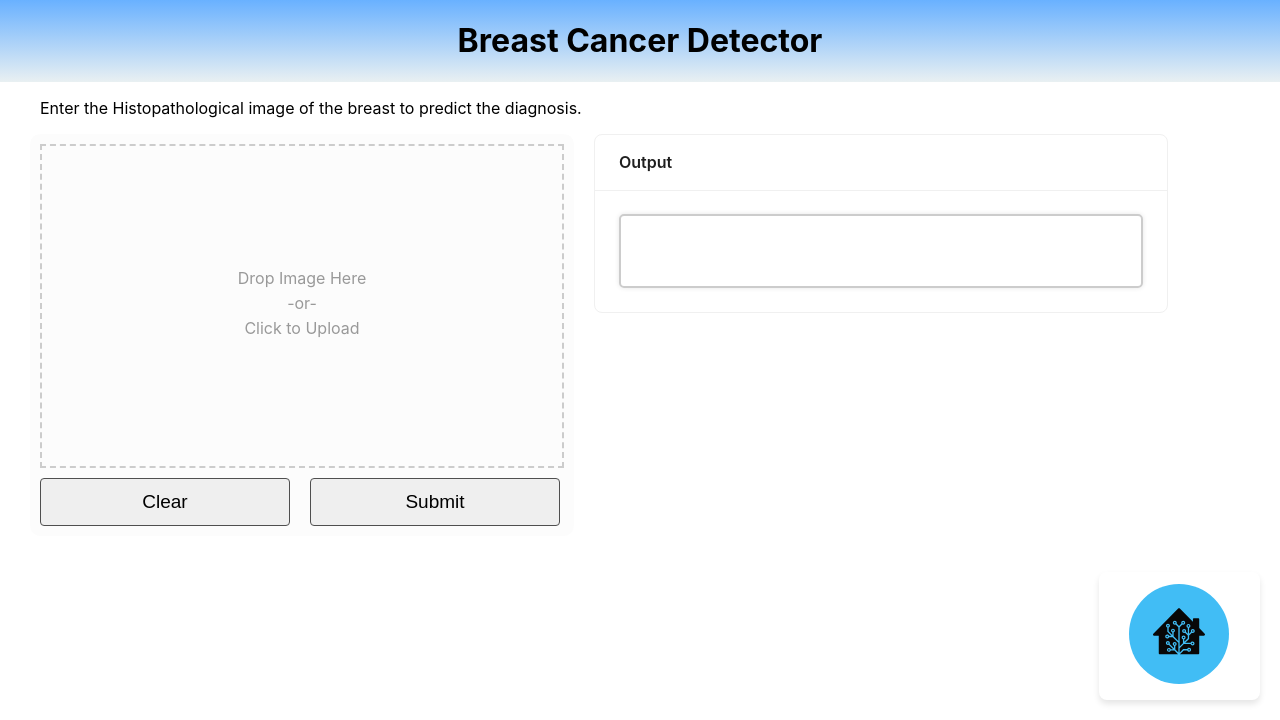
Repository: xshamrose/RAYi-AI
Page: /BreastCancerDetector-app (app in client/)
These files come from the project's save history. The page is drawn as it stood at one moment and after the next save; the edit follows.
The browser window is 1280 px wide. The pictures show the whole page.
The project was rebuilt for these pictures with package versions that can differ from the ones it lists, and the page was loaded fresh each time. Also part of the build but not shown: client/src/App.css, client/src/pages/Home.js, client/src/pages/home.css.

Above is the page before, as saved 2024-03-09 13:26:20.

### client/src/App.js
import "./App.css";
import React from "react";
import Candetect from "./pages/Candetect";
import Home from "./pages/Home";
import "./pages/home.css";
import { BrowserRouter as Router, Routes, Route } from "react-router-dom";

function App() {
  return (
    <div className="App">
      <Router>
        <Routes>
          <Route exact path="/" element={<Home />} />
          <Route path="/BreastCancerDetector-app" element={<Candetect />} />

          {/*  Future Use for Pipe Counting Detection
          <Route
            path="/Pipe"
            element={<Candetect title={headerTitle} content={content} />}
          /> */}
        </Routes>
      </Router>
    </div>
  );
}

export default App;

### client/src/pages/Candetect.js
import React, { useState } from "react";
import "../pages/Candetect.css";
import { Card } from "antd";
import deleteicon from "../assets/delete-.svg";
import ai from "../assets/ai_img.svg"
import axios from "axios";

function Candetect() {
  const [imageFile, setImageFile] = useState(null);
  const [errorMessage, setErrorMessage] = useState("");
  const [loading, setLoading] = useState(false);
  const [responseData, setResponseData] = useState("");

  const handleFileInputChange = (event) => {
    const file = event.target.files[0];
    if (file) {
      setImageFile(file);
    }
  };

  const handleClearImage = () => {
    setImageFile(null);
    //reset the file input
    const fileInput = document.getElementById("file-input");
    if (fileInput) {
      fileInput.value = "";
    }
    setErrorMessage("");
  };

  const handleDeleteImage = () => {
    setImageFile(null);
    //reset the file input
    const fileInput = document.getElementById("file-input");
    if (fileInput) {
      fileInput.value = "";
    }
  };

  const handleSubmit = () => {
    if (!imageFile) {
      setErrorMessage("Please upload an Image");
      console.log("Please upload an Image");
    } else {
      const formData = new FormData();
      formData.append("image", imageFile);
      setLoading(true);
      axios
        .post("http://ct.rayi.in:5002/predicttest", formData, {
          headers: {
            "Content-Type": "multipart/form-data",
          },
        })
        .then((response) => {
          setLoading(false);
          setResponseData(response.data);
          console.log(response.data);
        })
        .catch((error) => {
          if (error.response) {
            console.error("Error Response Data:", error.response.data);
            console.error("Error Response Status:", error.response.status);
          } else if (error.request) {
            console.error("No response received:", error.request);
          } else {
            console.error("Error:", error.message);
          }
          setErrorMessage("Failed to submit. Please try again.");
        });
    }
  };

  return (
    <div>
      <div
        style={{
          display: "flex",
          justifyContent: "center",
          alignContent: "center",
          flexWrap: "nowrap",
          alignItems: "center",
          backgroundImage: "linear-gradient(#69b1ff, #e9f0f2)",
          width: "100%",
        }}
      >
        <h1>Breast Cancer Detector</h1>
      </div>

      <p style={{ marginLeft: "40px" }}>
        Enter the Histopathological image of the breast to predict the
        diagnosis.
      </p>

      <div className="overallContainer">
        <div className="dragandbutton">
          <div className="image-upload-box">
            <input
              type="file"
              accept="image/*"
              id="file-input"
              className="file-input"
              onChange={handleFileInputChange}
            />
            {imageFile ? null : (
              <div>
                <label htmlFor="file-input" className="upload-label">
                  <span>Drop Image Here</span> <span>-or-</span>{" "}
                  <span>Click to Upload</span>{" "}
                </label>{" "}
                {errorMessage && (
                  <div className="error-message">{errorMessage}</div>
                )}{" "}
              </div>
            )}

            {imageFile && (
              <div className="image-preview">
                <img
                  src={URL.createObjectURL(imageFile)}
                  alt="Uploaded"
                  className="full-size-image"
                ></img>

                <div className="image-actions">
                  <img
                    src={deleteicon}
                    alt="Delete"
                    className="icon"
                    onClick={handleDeleteImage}
                  />
                </div>
              </div>
            )}
          </div>

          <div className="button-container">
            <button className="sbutton" onClick={handleClearImage}>
              Clear
            </button>
            <button className="sbutton" onClick={handleSubmit}>
              Submit
            </button>
          </div>
        </div>
        <div>
          <Card title="Output" hoverable>
            <div className="text-area">
              {loading ? (
                <div className="loader-all">
                  <div className="loader"></div>
                  <p>loading...</p>
                </div>
              ) : (
                responseData
              )}
            </div>
          </Card>
        </div>
      </div>
      <div className="ask-me-icon">
      <div class="tooltip-container">
  <span class="tooltip">Uiverse.io</span>
  <span class="text"><img alt="Ai" src={ai}  /></span>
</div>

    </div>
    </div>
  );
}

export default Candetect;

### client/src/pages/Candetect.css
/* Candetect.css */

.image-upload-box {
    position: relative;
    display: flex;
    flex-direction: column;
    align-items: center;
    justify-content: center;
    border: 2px dashed #ccc;
    padding: 10px;
    cursor: pointer;
    width: 500px; /* Adjust the width of the box as needed */
    height: 300px; /* Adjust the height of the box as needed */
  }

  .file-input {
    display: none;
  }

  .upload-label {
    display: flex;
    flex-direction: column;
    justify-content: center;
    align-items: center;
    color: #999;
    cursor: pointer;
  }

  .upload-label span {
    margin-bottom: 5px;
  }

  .image-preview {
    position: relative;
    width: 100%;
    height: 100%;
    overflow: hidden;
    object-fit: cover;
    display: flex;
    flex-direction: row;
    flex-wrap: nowrap;
    align-content: center;
    justify-content: center;
  }

.full-size-image{
  height: auto;
  width: 450px;
}

  .image-actions {
    padding: 5px;
  }


  .sbutton {
    display: inline-block;
    padding: 12px 24px;
    border: 1px solid #4f4f4f;
    border-radius: 4px;
    transition: all 0.2s ease-in;
    position: relative;
    overflow: hidden;
    font-size: 19px;
    cursor: pointer;
    color: black;
    z-index: 1;
    width: 250px;
  }

  .sbutton:before {
    content: "";
    position: absolute;
    left: 50%;
    transform: translateX(-50%) scaleY(1) scaleX(1.25);
    top: 100%;
    width: 140%;
    height: 180%;
    background-color: rgba(0, 0, 0, 0.05);
    border-radius: 50%;
    display: block;
    transition: all 0.5s 0.1s cubic-bezier(0.55, 0, 0.1, 1);
    z-index: -1;
  }

  .sbutton:after {
    content: "";
    position: absolute;
    left: 55%;
    transform: translateX(-50%) scaleY(1) scaleX(1.45);
    top: 180%;
    width: 160%;
    height: 190%;
    background-color: #000000;
    border-radius: 50%;
    display: block;
    transition: all 0.5s 0.1s cubic-bezier(0.55, 0, 0.1, 1);
    z-index: -1;
  }

  .sbutton:hover {
    color: #ffffff;
    border: 1px solid #101111;
  }

  .sbutton:hover:before {
    top: -35%;
    background-color: #101111;
    transform: translateX(-50%) scaleY(1.3) scaleX(0.8);
  }

  .sbutton:hover:after {
    top: -45%;
    background-color: #151616;
    transform: translateX(-50%) scaleY(1.3) scaleX(0.8);
  }
  .button-container{
    gap: 20px;
    display: flex;
    align-items: center;
  }

  .dragandbutton{
    display: flex;
    flex-direction: column;
    gap: 10px;
    background-color: #c1b9b90d;
    border-radius: 10px;
    padding: 10px;
  }

  .text-area {
    display: flex;
    width: 500px;
    height: 50px;
    padding: 10px;
    border: 2px solid #ccc;
    border-radius: 5px;
    font-size: 16px;
    outline: none;
    box-shadow: 0 0 5px rgba(0, 0, 0, 0.1);
  }

  .text-area:focus {
    border-color: #007bff;
  }
  .overallContainer{
    display: flex;
    flex-direction: row;
    gap: 20px;
    flex-wrap: wrap;
    margin-left: 30px;
  }
  .error-message{
    color: red;
    font-size: medium;
  }
  .icon {
    width: 25px;
    height: 25px;
    margin-left: 8px;
    border-radius: 50%;

  }
  .icon:hover{
    transform: scale(1.1);
    color: #000000;
  }

  .compass{
    height: 30px;
    width: 30px;
  }
  .loader {
    border: 4px solid rgba(0, 0, 0, 0.776);
    border-left-color: transparent;
    border-radius: 50%;
  }

  .loader {
    border: 4px solid rgba(0, 0, 0, 0.655);
    border-left-color: transparent;
    width: 25px;
    height: 25px;
  }

  .loader {
    border: 4px solid rgba(0, 0, 0, 0.705);
    border-left-color: transparent;
    width: 25px;
    height: 25px;
    animation: spin89345 1s linear infinite;
  }

  @keyframes spin89345 {
    0% {
      transform: rotate(0deg);
    }

    100% {
      transform: rotate(360deg);
    }
  }
  .loader-all{
    display: flex;
    flex-direction: row;
    gap: 10px;
    justify-content: flex-start;
    align-items: center;
  }
  .ask-me-icon {
    position: fixed;
    bottom: 20px;
    right: 20px;
    cursor: pointer;
    z-index: 1000; }
    .tooltip-container {
    /* Default background */
      position: relative;
      background: var(--background);
      cursor: pointer;
      transition: all 0.2s;
      font-size: 17px;
      padding: 0.7em 1.8em;
      border-radius: 8px;
      box-shadow: 0 4px 6px rgba(0, 0, 0, 0.1);
      color: #fff;
      height: auto;
      width: auto;
     }

    .tooltip {
      position: absolute;
      top: 100%;
      left: 50%;
      transform: translateX(-50%) scale(0.8);
      transform-origin: bottom;
      padding: 0.3em 0.6em;
      opacity: 0;
      pointer-events: none;
      transition: all 0.3s;
      background: var(--background);
      color: #000000;
      border-radius: 4px;
      box-shadow: 0 2px 4px rgba(0, 0, 0, 0.1);
    }

    .tooltip::before {
      position: absolute;
      content: "";
      height: 0.6em;
      width: 0.6em;
      bottom: -0.2em;
      left: 50%;
      transform: translate(-50%) rotate(45deg);
      background: var(--background);
    }

    .tooltip-container:hover .tooltip {
      top: -45px;
      opacity: 1;
      visibility: visible;
      pointer-events: auto;
      transform: translateX(-50%) scale(1);
    }
    .tooltip-container:hover {
      transform: scale(0.9);
    }

Loaded but not shown: client/public/index.html (common file); client/src/index.js (common file); client/src/index.css (common file); client/src/reportWebVitals.js (common file)

After the next save:
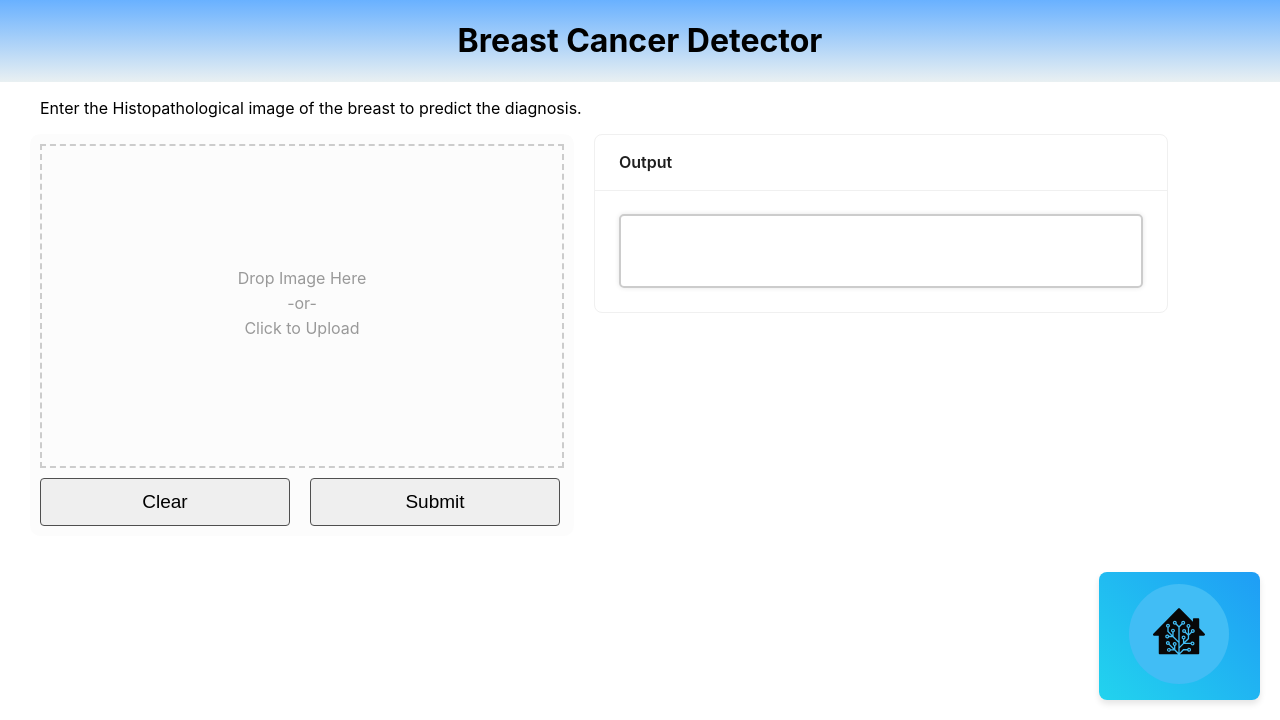
Saved 27 s later.
--- a/client/src/pages/Candetect.css
+++ b/client/src/pages/Candetect.css
@@ -215,7 +215,7 @@
     cursor: pointer;
     z-index: 1000; }
     .tooltip-container {
-    /* Default background */
+      --background: linear-gradient(45deg, #22d3ee, #1f9df5); /* Default background */
       position: relative;
       background: var(--background);
       cursor: pointer;
@@ -240,7 +240,6 @@
       pointer-events: none;
       transition: all 0.3s;
       background: var(--background);
-      color: #000000;
       border-radius: 4px;
       box-shadow: 0 2px 4px rgba(0, 0, 0, 0.1);
     }
